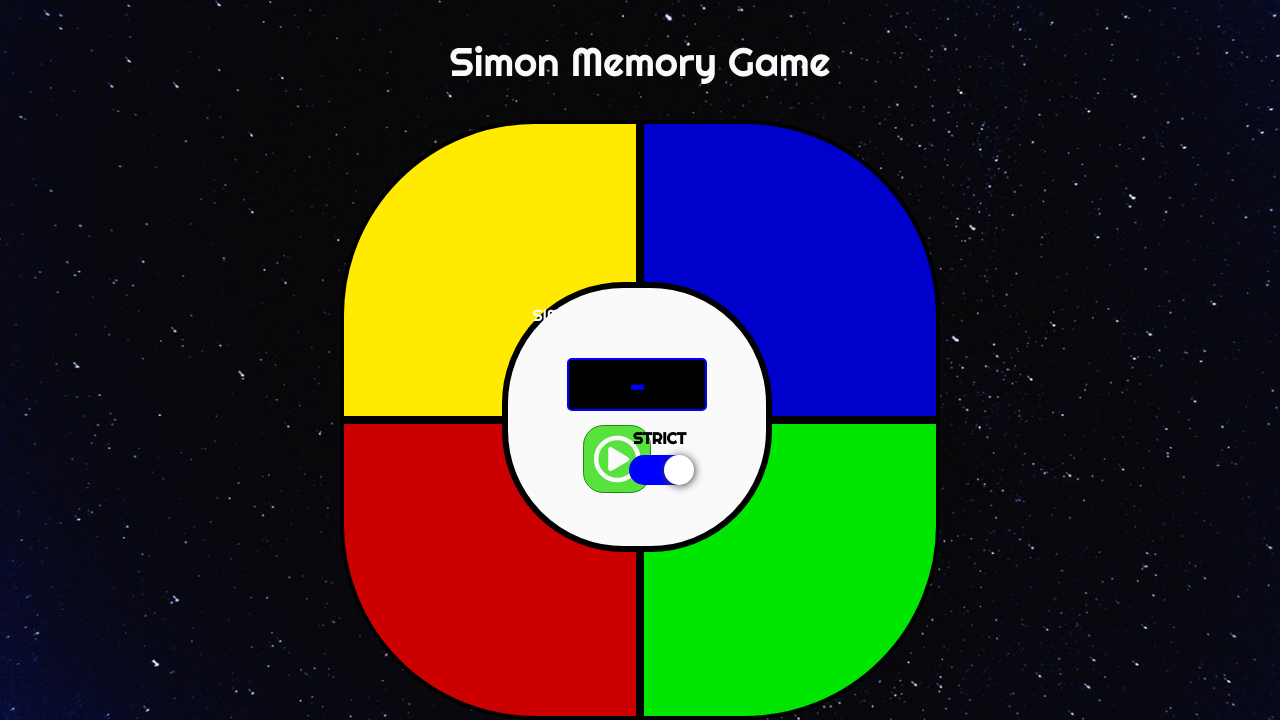
Repository: 5803emma/milestone2-simongame
Page: index.html
The author's editor kept a record of every edit. The page is drawn from the files as they stood at one moment, then again after the next edit.
The browser window is 1280 px wide. The pictures show the whole page.
The pointer rests on the first visible `.start-btn`.
An inner scrolling area shows only its first screen. Some web libraries are served in a nearby version.

Above is the page before.

### index.html
<!DOCTYPE html>
<html lang="en">

<head>
  <!--- Meta Data --->
  <meta charset="UTF-8">
  <meta name="viewport" content="width=device-width, initial-scale=1, shrink-to-fit=no">
  <meta http-equiv="X-UA-Compatible" content="ie=edge">
  <meta name="description" content="Simon Game">


  <!--- Title --->
  <title>Simon</title>

  <!--- Favicon --->
  <link class="favicon" rel="icon" href="assets/images/favicon.ico" type="image/ico">

  <!--- Links to Styling --->
  <link rel="stylesheet" href="https://stackpath.bootstrapcdn.com/bootstrap/4.3.1/css/bootstrap.min.css" rel="stylesheet" integrity="sha384-ggOyR0iXCbMQv3Xipma34MD+dH/1fQ784/j6cY/iJTQUOhcWr7x9JvoRxT2MZw1T" crossorigin="anonymous">
  <link rel="stylesheet" href="https://cdnjs.cloudflare.com/ajax/libs/font-awesome/5.11.2/css/all.min.css" integrity="sha256-+N4/V/SbAFiW1MPBCXnfnP9QSN3+Keu+NlB+0ev/YKQ=" crossorigin="anonymous" />
  <link href="https://stackpath.bootstrapcdn.com/font-awesome/4.7.0/css/font-awesome.min.css" rel="stylesheet" integrity="sha384-wvfXpqpZZVQGK6TAh5PVlGOfQNHSoD2xbE+QkPxCAFlNEevoEH3Sl0sibVcOQVnN" crossorigin="anonymous">
  <link rel="stylesheet" href="assets/css/style.css" type="text/css" />

</head>

<body>
  <header class="header">
    <h1 align="center">Simon Memory Game</h1>
  </header>


  <!--- Game Board --->
  <div class="container-fluid board-container">
    <div class="row no-gutters">
      <div class="simon-board col">
        <!--- Coloured Blocks --->
        <div class="blocks">
          <div id="1" class="block yellow-block disabled"></div>
          <div id="2" class="block blue-block disabled"></div>
          <div id="3" class="block red-block disabled"></div>
          <div id="4" class="block green-block disabled"></div>
        </div>
        <!--- Controls --->
        <div class="controls">
          <div class="simon-label">SIMON</div>
          <div id="score-counter" class="num-display">-</div>
          <div id="start" class="start-btn"><i class="far fa-play-circle fa-3x"></i></div>
          <div class="container strict-container">
            <div class="control-label strict-label">
              <p class="m-0 p-0">STRICT</p>
              <div class="strict-switch">
                <input type="checkbox" id="strict" class="toggle" checked/>
              </div>
            </div>
          </div>
        </div>
      </div>
    </div>
  </div>

  <!--- Game Information Button --->
  <div class="button-container">
    <div class="row justify-content-center">
      <button id="info-button" type="button" class="btn btn-success" data-toggle="modal" data-target="#infoModal">How to Play<br><i class="fas fa-info-circle"></i></button>
    </div>
  </div>

  <!--- Footer --->
  <footer>
    <p align="center">Created as a Milestone 2 Project for the Code Institute Full Stack Developer Course</p>
  </footer>



  <!--- Modal --->
  <div class="modal fade" id="rulesModal" tabindex="-1" role="dialog" aria-labelledby="exampleModalScrollableTitle" aria-hidden="true">
    <div class="modal-dialog modal-dialog-scrollable" role="document">
      <div class="modal-content">
        <!-- Rules Modal Header -->
        <div class="modal-header px-0 pl-4">
          <h4 class="modal-title" id="exampleModalScrollableTitle">How to Play....<i class="fas fa-info-circle"></i></h4>
          <button type="button" class="close pl-0 mr-2" data-dismiss="modal" aria-label="Close">
          					<span aria-hidden="true">&times;</span>
        				</button>
        </div>
        <!--- Modal Body --->
        <div class="modal-body modal-body-rules">
          <div class="buttons-box m-2 px-2 py-2">
            <a id="modal-scroll" href="#rules-heading-modal"><i class="fas fa-arrow-down"></i></a>
            <h3><b>Game Information</b></h3>
            <p>Press the play button in the green circle and one of the four coloured blocks will light up. Press the block that lights up. If you press the correct block the counter in the centre of the board will register your successful turn. The number
              of blocks that light up will increase by one on each turn and the pattern will be random. Your objective is to reproduce the pattern made by the blocks lighting up. It's easy at first, but make sure to stay focused as the patterns get more
              complex!
            </p><br>
            <h3 id="rules-heading-modal"><b>Buttons:</b></h3>
            <p><strong class="h5 font-weight-bold">Green Play Button - </strong>To begin the game, press the green play button in the centre of the SIMON game board. You can also press this button to start a new game at any point</p>
            <p><b class="h5 font-weight-bold">Strict Slider </b>When strict mode is turned ON (BLUE), if you get your sequence wrong at any point the game will be over. If you want to practice, turn strict mode OFF using the slider (GREY) you can keep trying
              the pattern until you get it correct and then move on to the next pattern.</p>
            <h3><b>How to Win:</b></h3>
            <ul class="p-0 pl-3">
              <li>Turn on Strict mode using the slider in the centre of the Game Board</li>
              <li>Selecting Strict Mode will reset the counter to 0</li>
              <li>Reach a score of 15 to win</li>
            </ul><br>
          </div>
        </div>
        <!-- Rules Modal Footer -->
        <div class="modal-footer">
          <h4>G.L.H.F !</h4><i class="fas fa-smile"></i>
          <button id="close-button" type="button" class="btn btn-success" data-dismiss="modal">Close</button>
        </div>
      </div>
    </div>
  </div>

  <!-- Lose Modal -->
  <div class="modal fade" id="loseModal" tabindex="-1" role="dialog" aria-labelledby="exampleModalScrollableTitle" aria-hidden="true">
    <div class="modal-dialog modal-dialog-scrollable" role="document">
      <div class="modal-content">
        <!-- Lose Modal Header -->
        <div class="modal-header px-0 pl-4">
          <h5 class="modal-title" id="exampleModalScrollableTitle-2">Oops!!<i class="far fa-surprise"></i><br> Game Over!!</h5>
          <button type="button" class="close pl-0 mr-2" data-dismiss="modal" aria-label="Close">
          					<span aria-hidden="true">&times;</span>
        				</button>
        </div>
        <!-- Lose Modal Body -->
        <div class="modal-body">
          <div class="buttons-box m-2 px-2 py-2 text-center">
            <h4>You Scored A Grand Total of....</h4><br>
            <h2 id="lose-modal-display" class="text-center">--</h2>
            <p class="m-0 mt-5 text-center">Click on the green Start button below if you would like to begin a new game.<br> The grey Close button will close this window without beginning a new game.</p>
          </div>
        </div>
        <!-- Lose Modal Footer -->
        <div class="modal-footer justify-content-between">
          <button id="start-modal-button" type="button" class="btn btn-success" data-dismiss="modal">Start</button>
          <button id="close-button-2" type="button" class="btn btn-secondary" data-dismiss="modal">Close</button>
        </div>
      </div>
    </div>
  </div>

  <!-- Win Modal -->
  <div class="modal fade" id="winModal" tabindex="-1" role="dialog" aria-labelledby="exampleModalScrollableTitle" aria-hidden="true">
    <div class="modal-dialog modal-dialog-scrollable" role="document">
      <div class="modal-content win-modal-content">
        <!-- Win Modal Header -->
        <div class="modal-header px-0 pl-4">
          <h5 class="modal-title text-uppercase" id="exampleModalScrollableTitle-3"><i class="far fa-laugh-squint"></i>YOU WIN!!<i class="far fa-laugh-squint"></i></h5>
          <button type="button" class="close pl-0 mr-2" data-dismiss="modal" aria-label="Close">
          					<span aria-hidden="true">&times;</span>
        				</button>
        </div>
        <!-- Win Modal Body -->
        <div class="modal-body">
          <div class="buttons-box m-2 px-2 py-2 text-center">
            <h4 class="text-uppercase">You scored the maximum score of:</h4><br>
            <h2 id="win-modal-display" class="text-center">--</h2>
            <h5 class="m-0 mt-5 text-center font-weight-bold text-uppercase">CONGRATULATIONS!</h5>
            <p class="m-0 mt-3 text-center">Click 'Start' to begin new game.</p>
          </div>
        </div>
        <!-- Win Modal Footer -->
        <div class="modal-footer justify-content-between">
          <button id="start-modal-win-button" type="button" class="btn btn-success" data-dismiss="modal">Start</button>
          <button id="close-button-3" type="button" class="btn btn-secondary" data-dismiss="modal">Close</button>
        </div>
      </div>
    </div>
  </div>

  <!--- Audio --->
  <audio id="sound-yellow" src="https://s3.amazonaws.com/freecodecamp/simonSound3.mp3"></audio>
  <audio id="sound-blue" src="https://s3.amazonaws.com/freecodecamp/simonSound4.mp3"></audio>
  <audio id="sound-red" src="https://s3.amazonaws.com/freecodecamp/simonSound2.mp3"></audio>
  <audio id="sound-green" src="https://s3.amazonaws.com/freecodecamp/simonSound1.mp3"></audio>
  <audio id="sound-lost" src="assets/sounds/game-over.wav"></audio>
  <audio id="sound-win" src="assets/sounds/game-win.wav"></audio>

  <!--- Scripts --->

  <script src="https://code.jquery.com/jquery-3.4.1.slim.min.js" integrity="sha256-pasqAKBDmFT4eHoN2ndd6lN370kFiGUFyTiUHWhU7k8=" crossorigin="anonymous"></script>
  <script src="https://code.jquery.com/jquery-3.4.1.min.js" integrity="sha256-CSXorXvZcTkaix6Yvo6HppcZGetbYMGWSFlBw8HfCJo=" crossorigin="anonymous"></script>
  <script src="https://cdnjs.cloudflare.com/ajax/libs/popper.js/1.15.0/umd/popper.min.js" integrity="sha256-fTuUgtT7O2rqoImwjrhDgbXTKUwyxxujIMRIK7TbuNU=" crossorigin="anonymous"></script>
  <script src="https://stackpath.bootstrapcdn.com/bootstrap/4.3.1/js/bootstrap.min.js" integrity="sha384-JjSmVgyd0p3pXB1rRibZUAYoIIy6OrQ6VrjIEaFf/nJGzIxFDsf4x0xIM+B07jRM" crossorigin="anonymous"></script>
  <script src="assets/js/index.js"></script>
  </div>

</body>

</html>

### assets/css/style.css
@import url('https://fonts.googleapis.com/css?family=Righteous&display=swap');
@import url('https://fonts.googleapis.com/css?family=Roboto:400,400i&display=swap');

html,
body {
    width: 100%;
    height: 100%;
    margin: 0;
    padding: 0;
    overflow-x: hidden;
}

body {
    background: url(../images/background.jpg) no-repeat center center;
    background-size: cover;
    background-color: #000000;
    font-family: 'Righteous', sans-serif;
    color: #fafafa;
}

.header {
    padding-top: 3%;
    padding-bottom: 2%;
}

.row {
    text-align: center;
    width: 100%;
    height: 100%;
    padding: 0;
    margin: 0;
}


.disabled {
    pointer-events: none;
}


.board-container {
    display: -webkit-box;
    display: -ms-flexbox;
    display: flex;
    padding: 0;
    margin: auto;
    width: 100%;
    height: 100vw;
    max-width: 600px;
    max-height: 600px;
    border-radius: 65%;
    background-color: #fafafa;
    margin-bottom: 20px;
}

.button-container {
    margin-bottom: 20px;
}

.strict-container {
    position: absolute;
    margin-top: 150px;
    margin-left: 45px;
    padding: 0px;
    width: 30%;
    line-height: 0;
    font-weight: bold;
    color: #000000;
}


/*------------- Colours */

.block {
    position: relative;
    float: left;
    width: 50%;
    height: 50vw;
    border: solid 4px #000000;
    max-width: 300px;
    max-height: 300px;
    cursor: pointer;
}

.yellow-block {
    background-color: #ffea00;
    border-top-left-radius: 65%;

}

.blue-block {
    background-color: #0000cc;
    border-top-right-radius: 65%;

}

.red-block {
    background-color: #cc0000;
    border-bottom-left-radius: 65%;

}

.green-block {
    background-color: #00e600;
    border-bottom-right-radius: 65%;

}

.bright-yellow {
    background-color: #fff099;

}

.bright-blue {
    background-color: #6262ff;

}

.bright-red {
    background-color: tomato;

}

.bright-green {
    background-color: lightgreen;

}


/*-------------Board Label, Counter, Play Button, Strict Slider */

.controls {
    display: -webkit-box;
    display: -ms-flexbox;
    display: flex;
    -webkit-box-pack: center;
    -ms-flex-pack: center;
    justify-content: center;
    position: absolute;
    background-color: #fafafa;
    top: 27%;
    left: 27%;
    width: 46vw;
    height: 46vw;
    max-width: 270px;
    max-height: 270px;
    border: solid 6px #000;
    border-radius: 45%;
    line-height: 55px;

}

.game-label {
    position: absolute;
    font-size: 2em;
    font-weight: bold;
    margin-top: 10px;
    color: #000;
}

#score-counter {
    position: absolute;
    top: 70px;
    color: blue;
    font-weight: bold;
    background-color: #000;
    width: 20vw;
    height: 10vw;
    max-width: 140px;
    max-height: 53px;
    margin: 0 auto;
    border: solid 2px blue;
    border-radius: 5px;
    font-size: 1.8em;
}

.start-btn {
    float: left;
    margin-right: 90px;
    margin-top: 137px;
    padding: 9px;
    cursor: pointer;
    line-height: 3em;
    background-color: #58e23e;
    height: 68px;
    width: 68px;
    border-radius: 30%;
    border: solid 1px #298417;

}

.start-btn:active {
    -webkit-box-shadow: inset 0 0 10px rgba(0, 0, 0, 0.6);
    -o-box-shadow: inset 0 0 10px rgba(0, 0, 0, 0.6);
    box-shadow: inset 0 0 10px rgba(0, 0, 0, 0.6);
    padding-top: 10px;
    -webkit-transition: -webkit-transform .2s;
    transition: -webkit-transform .2s;

}

.strict-switch {
    margin-top: 17px;
}

input[type="checkbox"] {
    position: relative;
    width: 60px;
    height: 30px;
    -webkit-appearance: none;
    -moz-appearance: none;
    -o-appearance: none;
    appearance: none;
    background: #d3d3d3;
    cursor: pointer;
    border: none;
    outline: none;
    border-radius: 25vw;

}

input:checked[type="checkbox"] {
    background-color: blue;
}

input[type="checkbox"]:before {
    content: "";
    position: absolute;
    height: 30px;
    width: 30px;
    border-radius: 50%;
    background-color: #fff;
    -webkit-box-shadow: 1px 1px 8px #444;
    -o-box-shadow: 1px 1px 8px #444;
    box-shadow: 1px 1px 8px #444;
}

input:checked[type="checkbox"]:before {
    left: 35px;
}



/* Modal Buttons */

#info-button {
    width: 25vw;
    height: 15vw;
    max-width: 180px;
    max-height: 80px;
    border-radius: 20px;
    padding-top: 0;
    margin: 20;
    font-weight: bold;

}

#close-button,
#close-button-2,
#close-button-3,
#start-modal-button,
#start-modal-win-button {
    border: none;
    width: 4.8em;
    height: 2.4em;
}

#info-button:active,
#close-button:active,
#close-button-2:active,
#close-button-3:active,
#start-modal-button:active,
#start-modal-win-button:active {
    border: none;
    -webkit-box-shadow: none;
    box-shadow: none;
    -webkit-transform: scale(0.96);
    -ms-transform: scale(0.96);
    transform: scale(0.96);
    -webkit-transition: -webkit-transform .2s;
    transition: -webkit-transform .2s;
    -o-transition: transform .2s;
}

.modal-header, .modal-footer {
    background-color: blue;
    font-weight: bold;
}

.modal-content {
    background: url(../images/background.jpg) no-repeat center center;
    background-size: cover;
    background-color: #010e18;
    color: #fff;
    font-family: 'Righteous', sans-serif;
    top: 3vh;
    width: 90%;
    margin: auto;
    border-radius: 7%;
}

.win-modal-content {
    background: url(../images/winner.jpg) no-repeat center center;
    background-size: cover;
    background-color: #0c1d5a;
    color: #fff;
    font-family: 'Roboto', sans-serif;
    top: 3vh;
    width: 90%;
    margin: auto;
}

.modal-title {
    text-align: center;
    width: 100%;
    font-size: 2em;
}

.modal-body-info {
    font-family: 'Righteous', sans-serif;
    height: 50vh;
}



.fa-arrow-down {
    float: right;
    color: white;
    font-size: 2.7em;
    animation: scrollDown 0.5s alternate-reverse infinite ease-in-out;
}

/*---------------------------------- MEDIA QUERIES */

@media screen and (max-width:600px) {
    .game-label {
        font-size: 4.2vw;
        line-height: 9.5vw;
    }
    #score-counter {
        top: 11.5vw;
        width: 20vw;
        height: 9vw;
        font-size: 3.7vw;
        line-height: 9.5vw;
        border-radius: 2.3vw;
    }
    .start-btn {
        font-size: 2.6vw;
        font-weight: bold;
        height: 11.3vw;
        width: 11.3vw;
        margin-right: 16.2vw;
        margin-top: 22.8vw;
        padding: 1.6vw 1.4vw;
    }
    .start-btn:active {
        font-size: 2.5vw;
        padding-top: 1.8vw;
    }
    .strict-container {
        font-size: 5vw;
        margin-top: 24.7vw;
        margin-left: 8.3vw;
    }
    .strict-switch {
        margin-top: 2.7vw;
    }
    input[type="checkbox"] {
        height: 6.1vw;
        width: 11.3vw;
        border-radius: 25vw;

    }
    input[type="checkbox"]:before {
        height: 6.1vw;
        width: 6.1vw;
    }

    input:checked[type="checkbox"]:before {
        left: 6.1vw;
    }
    #info-button {
        font-size: 2.7vw;
        border-radius: 3vw;
    }
    .yellow-block {
        border-top-left-radius: 35;
    }

    .blue-block {
        border-top-right-radius: 35;
    }

    .red-block {
        border-bottom-left-radius: 35;
    }

    .green-block {
        border-bottom-right-radius: 35;
    }
}

@media screen and (max-width:400px) {
    .modal-header h5 {
        font-size: 7.7vw;
    }
}

@media screen and (max-width:350px) {
    .heading-container h1 {
        font-size: 1.8em;
    }
    #info-button {
        font-size: 2.5vw;
    }
    .yellow-block {
        border-top-left-radius: 33vw;
    }
    .blue-block {
        border-top-right-radius: 33vw;
    }
    .red-block {
        border-bottom-left-radius: 33vw;
    }
    .green-block {
        border-bottom-right-radius: 33vw;
    }
}

@media screen and (max-height:830px) {
    .footer-container {
        position: static;
    }
}


@-webkit-keyframes scrollDown {
    from {
        margin-top: 0;
    }
    to {
        margin-top: 8px;
    }
}

@keyframes scrollDown {
    from {
        margin-top: 0;
    }
    to {
        margin-top: 8px;
    }
}

Loaded but not shown: assets/js/index.js (330 lines, source omitted)

After the next edit:
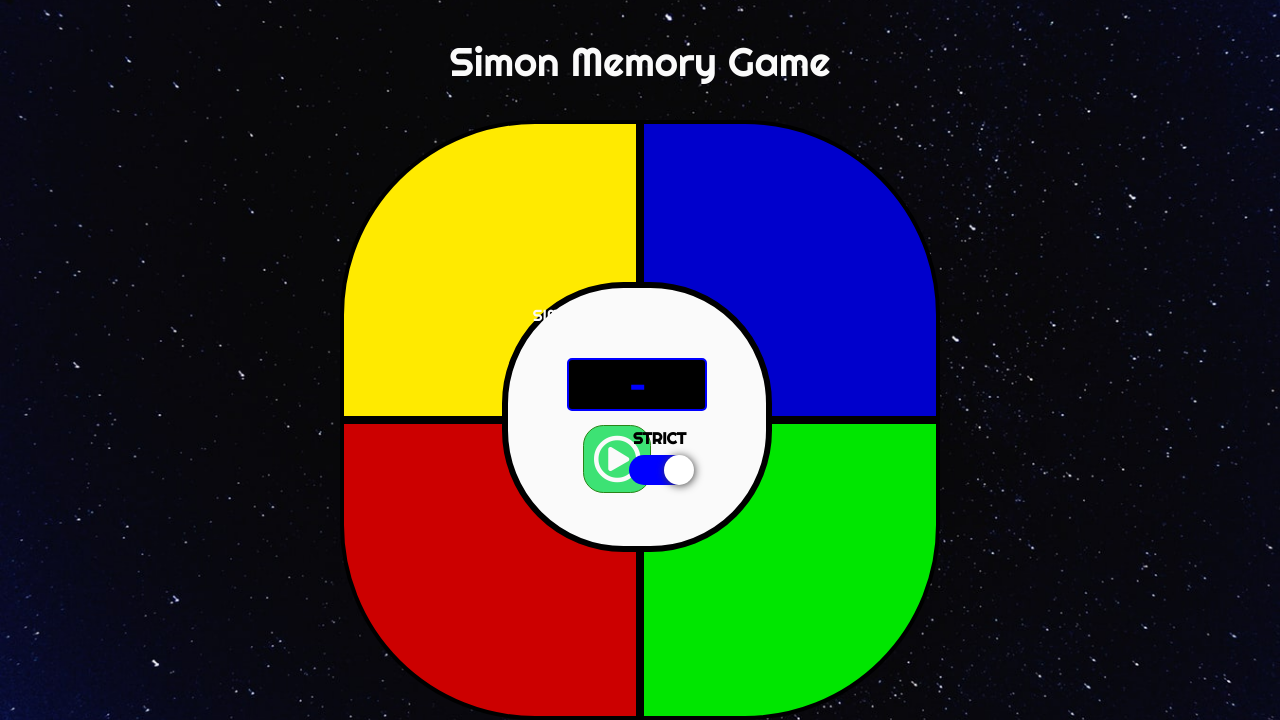
The edit:
--- a/assets/css/style.css
+++ b/assets/css/style.css
@@ -185,7 +185,11 @@
     width: 68px;
     border-radius: 30%;
     border: solid 1px #298417;
-
+}
+
+.start-btn:hover {
+    background-color: #3de274;
+    opacity: 1;
 }
 
 .start-btn:active {
